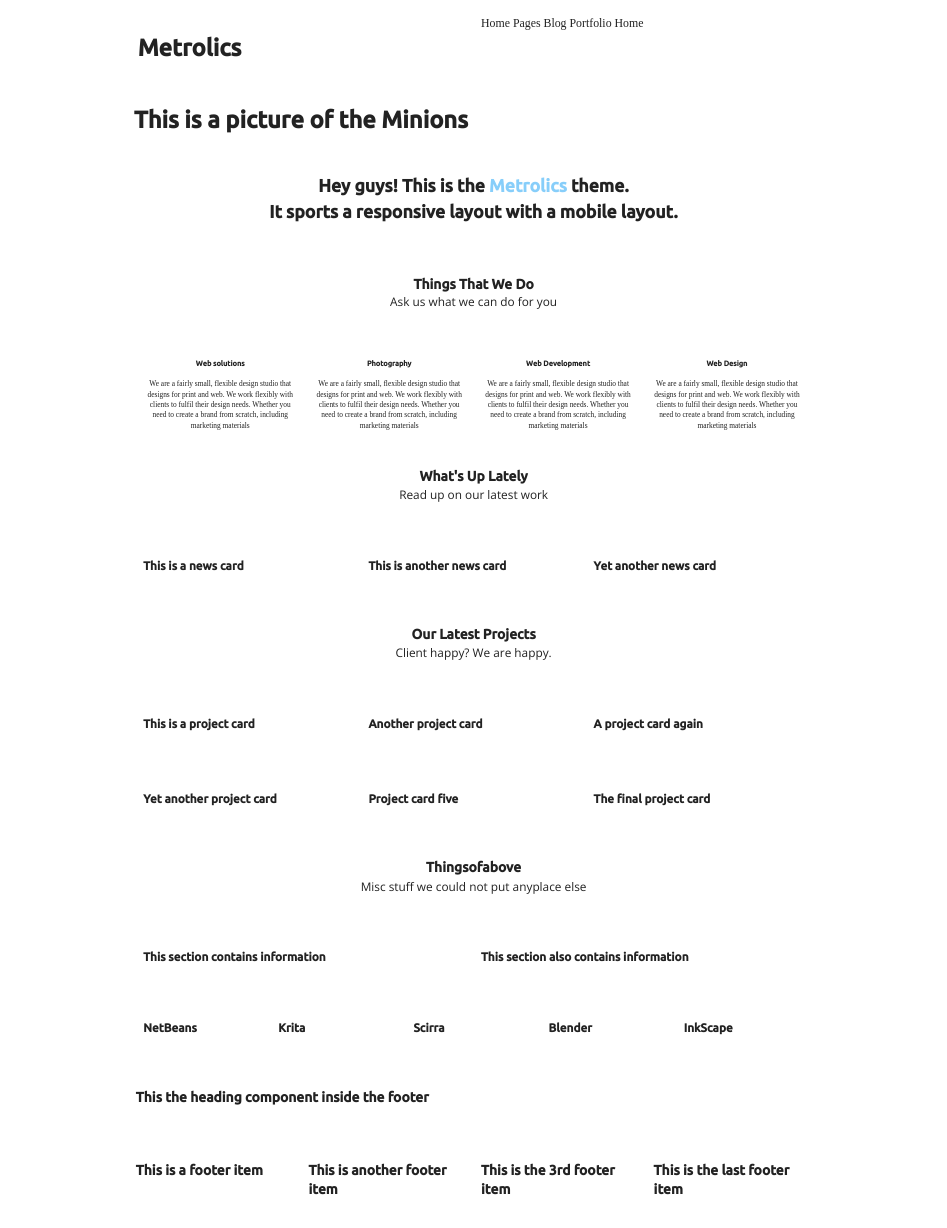
Repository: kennyharman/Marlowe_Kenny_Lab_02B
Page: index.html
These files come from the project's save history. The page is drawn as it stood at one moment and after the next save; the edit follows.
The browser window is 1280 px wide. The pictures show the whole page, at 74% of full size.

Above is the page before, as saved 2024-02-05 15:05:03.

After the next save:
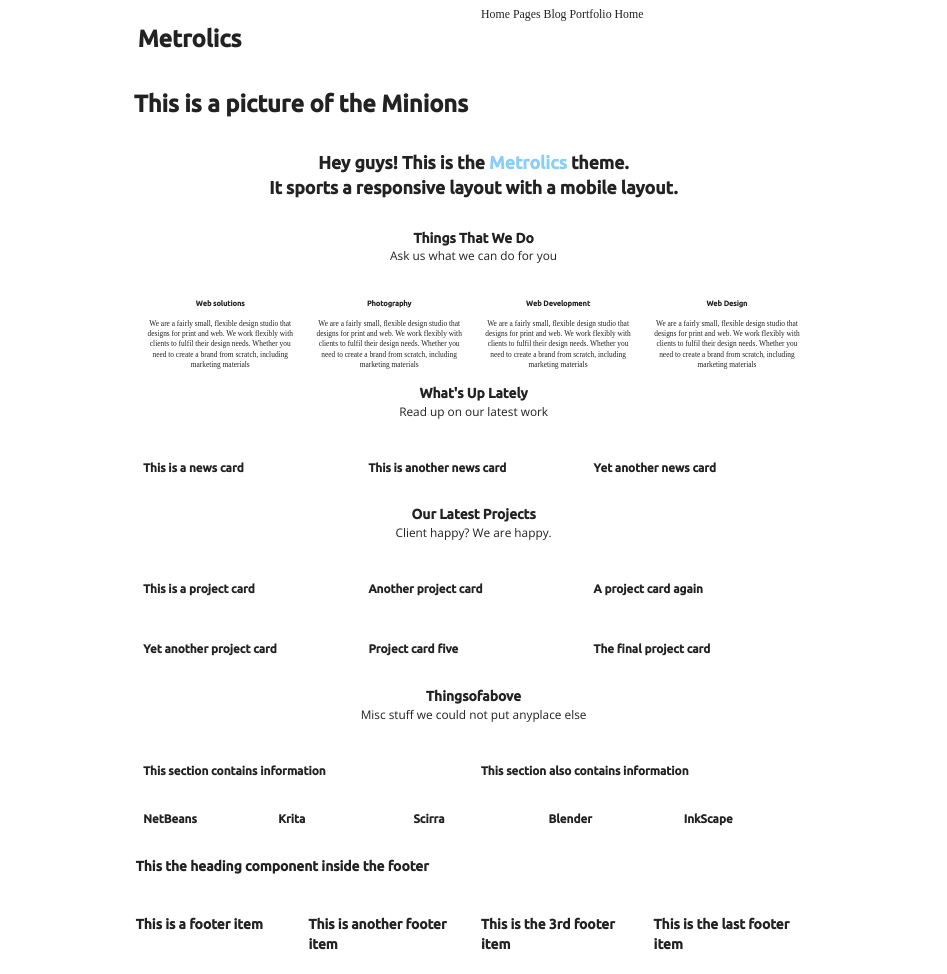
Saved 48 s later.
--- a/css/style.css
+++ b/css/style.css
@@ -251,7 +251,8 @@ main,
 section,
 footer,
 header {
-  margin: 10px;
+  margin-left: 10px;
+  margin-right: 10px;
 }
 
 h1,
